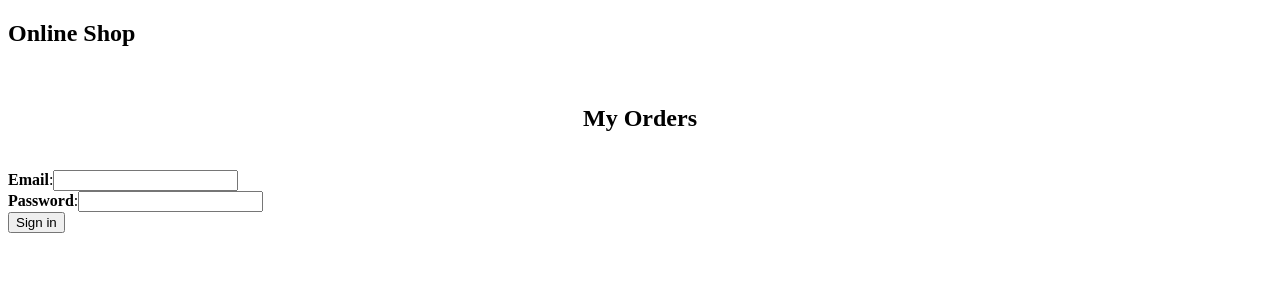
Repository: abdallahokasha/Servlets-and-JSP
Page: http://localhost/onlineShop/MyOrders.jsp
The author's editor kept a copy of each file at every save. The page is drawn from the files as they stood at one save, then again after the next save.
The browser window is 1280 px wide. The pictures show the whole page.
The page is served by Tomcat 9. Other server files are loaded and not shown.

Above is the page before, as saved 2016-09-06 06:22:36.

### onlineShop/WebContent/MyOrders.jsp
<%@ page language="java" contentType="text/html; charset=UTF-8"
    pageEncoding="UTF-8"%>
<!DOCTYPE html PUBLIC "-//W3C//DTD HTML 4.01 Transitional//EN" "http://www.w3.org/TR/html4/loose.dtd">
<html>
<head>
<meta http-equiv="Content-Type" content="text/html; charset=UTF-8">
<title>Insert title here</title>
</head>
<body>
<h2> Online Shop </h2><br>
<center>
<h2> My Orders </h2><br>
</center>
<form action="Signin" method="post">
<strong>Email</strong>:<input type="text" name="Email"><br>
<strong>Password</strong>:<input type="password" name="Password"><br>
<input type="submit" value="Sign in"><br>
</form>

</body>
</html>

After the next save:
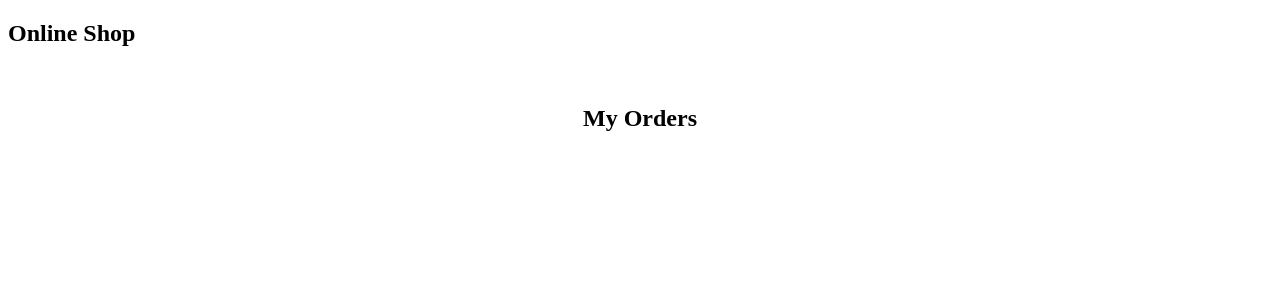
Saved 28 s later.
--- a/onlineShop/WebContent/MyOrders.jsp
+++ b/onlineShop/WebContent/MyOrders.jsp
@@ -11,11 +11,6 @@
 <center>
 <h2> My Orders </h2><br>
 </center>
-<form action="Signin" method="post">
-<strong>Email</strong>:<input type="text" name="Email"><br>
-<strong>Password</strong>:<input type="password" name="Password"><br>
-<input type="submit" value="Sign in"><br>
-</form>
 
 </body>
 </html>
